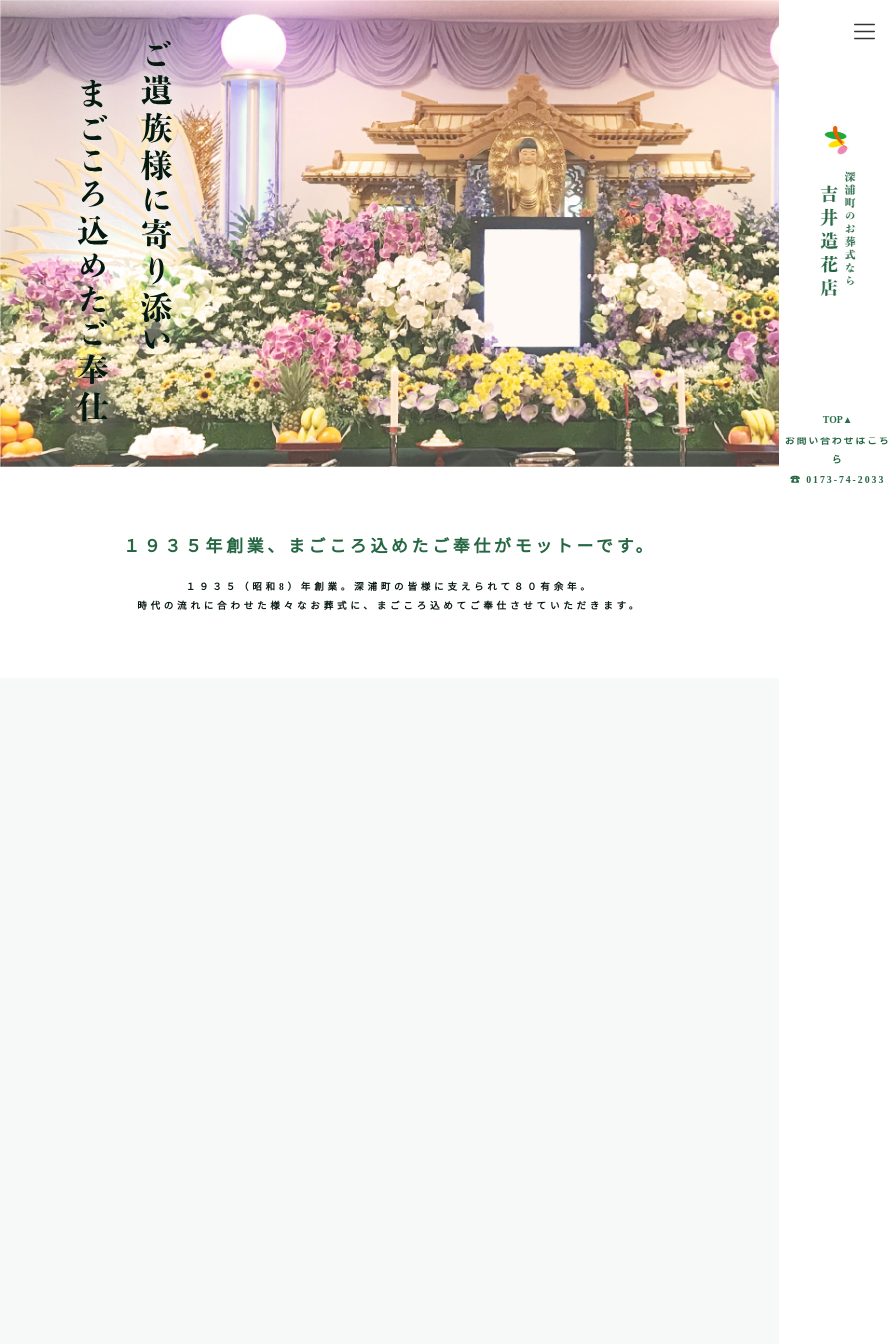
Repository: plus-agc-service-yamauchi/yoshii_scratch_ver3
Page: index.html
The author's editor kept a copy of each file at every save. The page is drawn from the files as they stood at one save, then again after the next save.
The browser window is 1280 px wide. The pictures show the part of the page from y = 0 to 1920 px (the page is 3726 px tall), at 70% of full size.
Some web libraries are served in a nearby version. The style sheet was rebuilt from its Sass, Less or Tailwind sources for each picture, by a compiler version that may differ from the author's.

Above is the page before, as saved 2021-01-28 22:24:45.
Console error (its wording comes from the project's code and is left out).

After the next save:
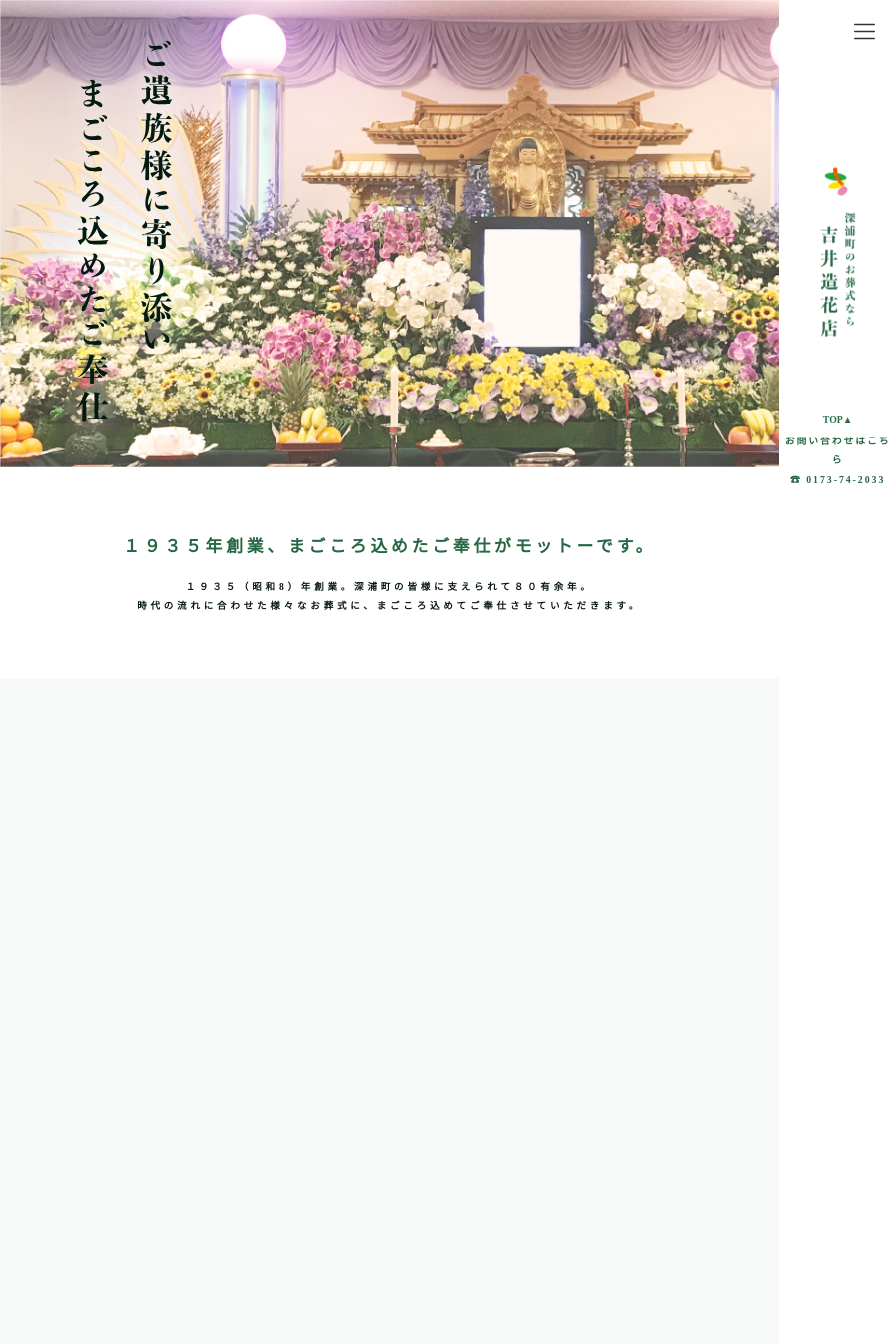
Saved 8 min 35 s later.
--- a/index.html
+++ b/index.html
@@ -310,7 +310,7 @@
             <div class="right">
                 <!-- サイドバー -->
                 <div class="sidebar">
-                    <div style="height:50%;">
+                    <div>
                         <a href="index.html"><img src="img/logo.svg" alt="" class="img-pc-30" /></a>
                     </div>
                     <div class="sideFooter">
